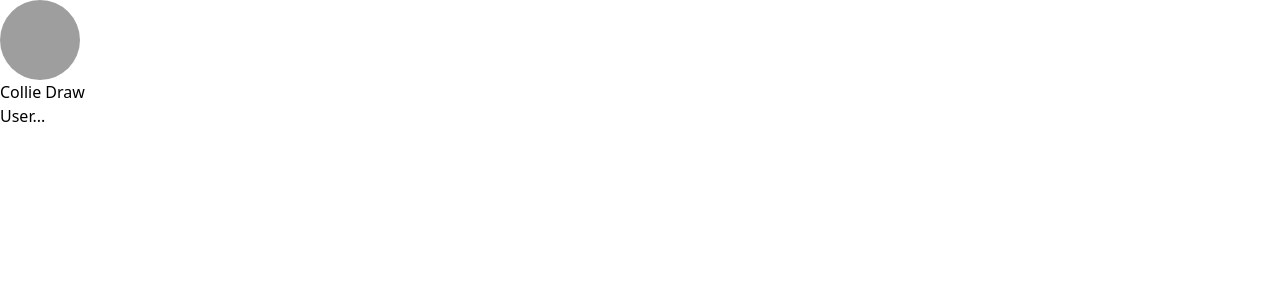
Repository: dcolind/BlockChain-Lotto
Page: /
The author's editor kept a copy of each file at every save. The page is drawn from the files as they stood at one save, then again after a run of saves.
The browser window is 1280 px wide. The pictures show the whole page.
Pictures or frames that could not be fetched are drawn as grey boxes. The project was rebuilt for these pictures with package versions that can differ from the ones it lists, and the page was loaded fresh each time. The framework's server and built-in components were replaced by stand-ins that run in the browser. Also part of the build but not shown: next.config.js.

Above is the page before, as saved 2022-08-30 11:24:10.

After the next 3 saves:
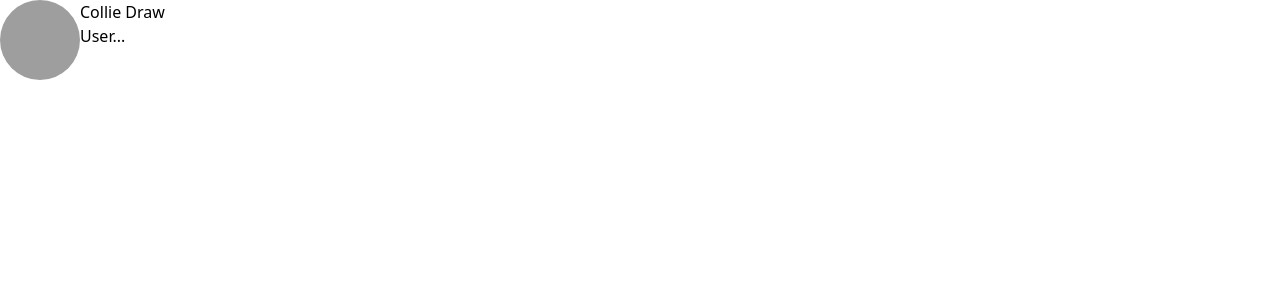
The 3 saves are shown as one change because they came seconds apart.
The last was saved 10 s later.
--- a/components/Header.tsx
+++ b/components/Header.tsx
@@ -3,7 +3,7 @@ import React from 'react'
 function Header() {
   return (
     <div>
-        <div className="header">
+        <div className="flex">
            <img className="rounded-full h-20 w-20"
            src="https://i.imgur.com/4h7mAu7.png"
            alt="" />
